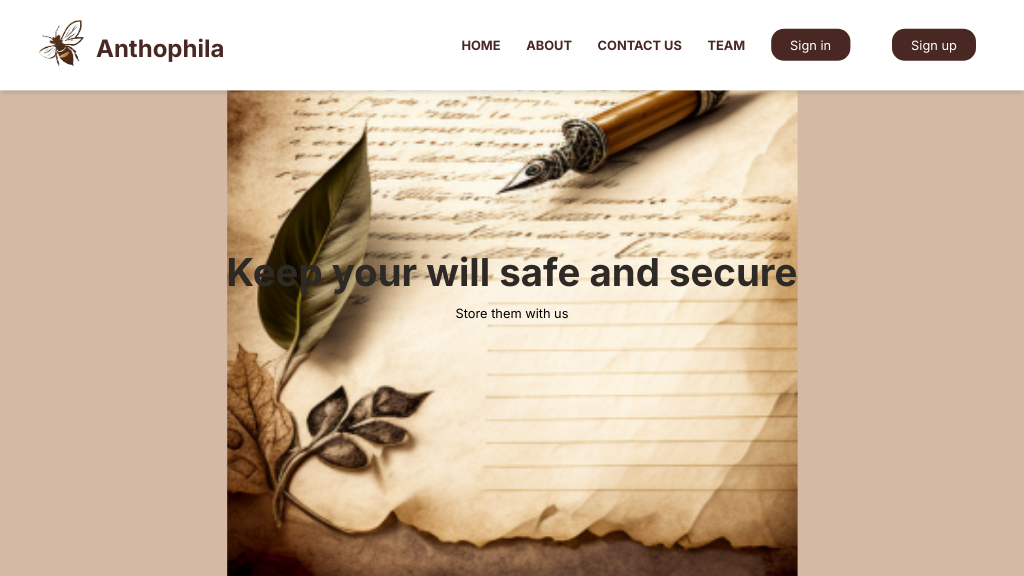
Repository: marcusdashe/anthophila
Page: /
These files come from the project's save history. The page is drawn as it stood at one moment and after the next save; the edit follows.
The browser window is 1280 px wide. The pictures show the whole page, at 80% of full size.
Backgrounds fixed to the window are drawn as part of the page. The project was rebuilt for these pictures with package versions that can differ from the ones it lists, and the page was loaded fresh each time. The framework's server and built-in components were replaced by stand-ins that run in the browser. Also part of the build but not shown: next.config.js, styles/Home.module.css.

Above is the page before, as saved 2023-02-26 17:22:51.

After the next save:
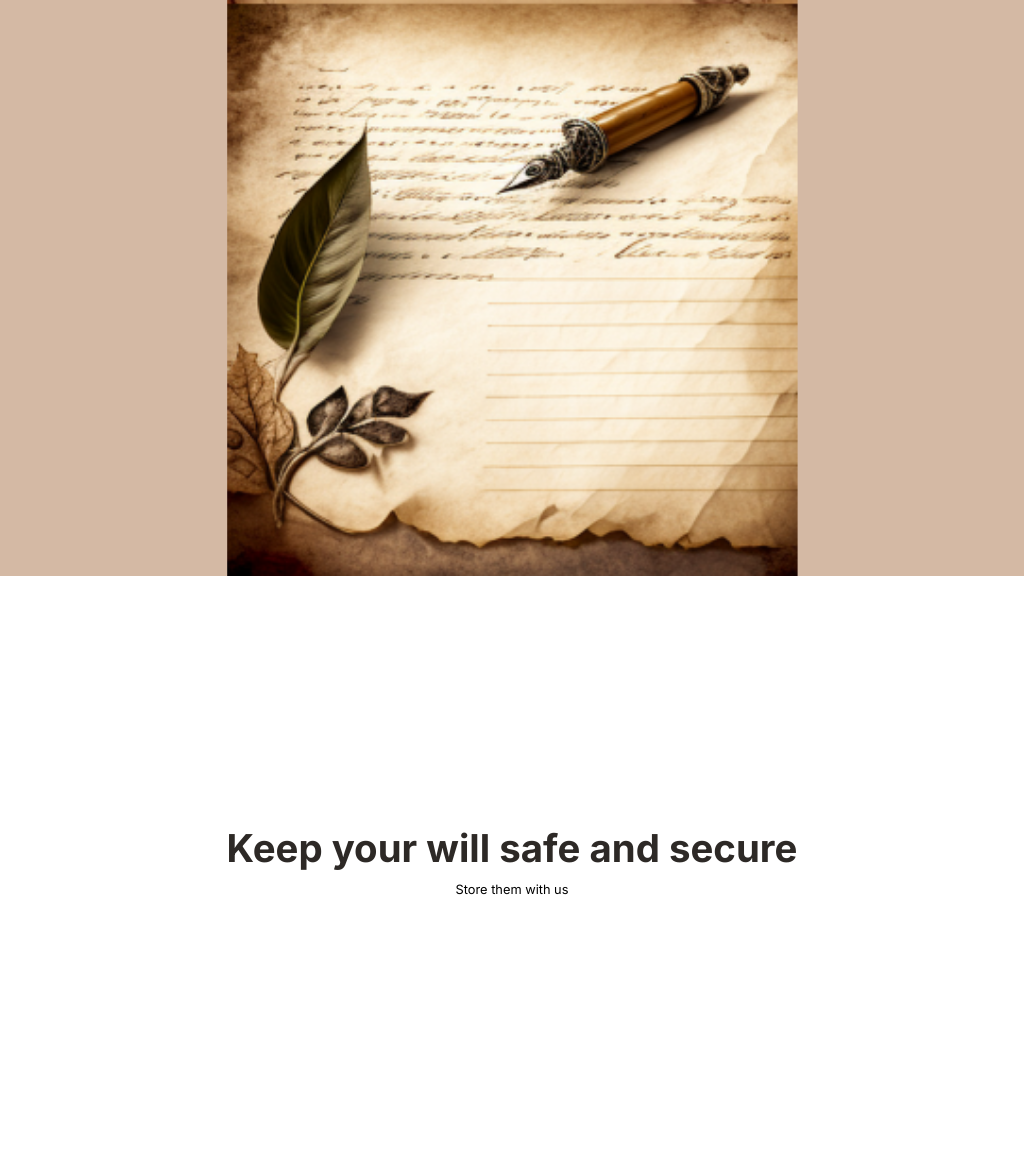
Saved 5 min 58 s later.
--- a/pages/index.js
+++ b/pages/index.js
@@ -18,10 +18,15 @@ export default function Home() {
       </Head>
       <Nav />
 
-      <main className="bg-[#D4B9A4] w-full h-screen bg-contain bg-no-repeat bg-center bg-fixed" style={{backgroundImage: "url('/assets/bg-vintage.png')"}}>
+
+      <main className="relative h-screen">
+        <div className="bg-[#D4B9A4] w-full h-screen bg-contain bg-no-repeat bg-center bg-fixed" style={{backgroundImage: "url('/assets/bg-vintage.png')"}}>
+
+        </div>
+      </main>
       <Hero />
 
-      </main>
+
     </>
   )
 }

After the save that followed:
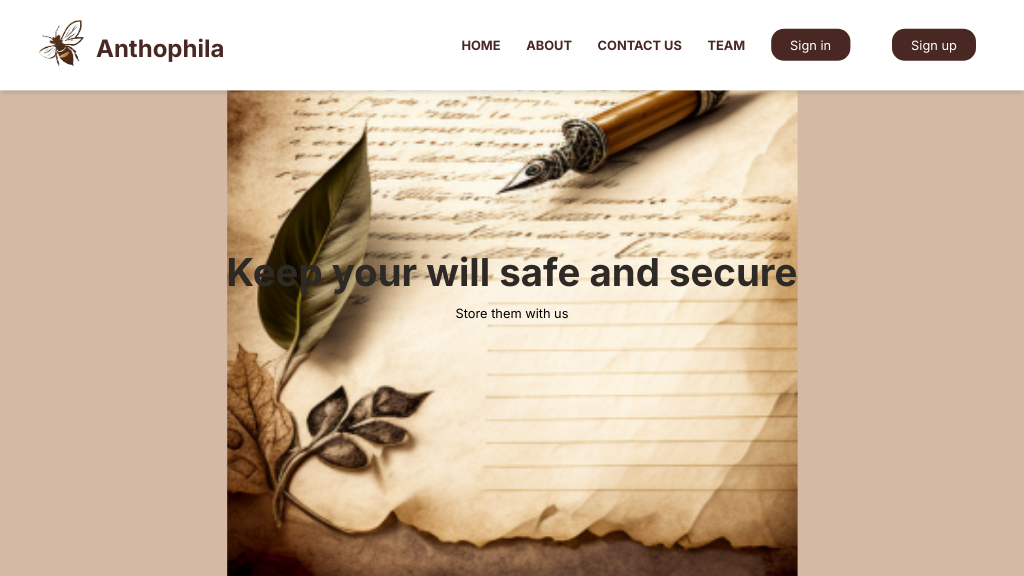
Saved 88 s later.
--- a/pages/index.js
+++ b/pages/index.js
@@ -18,15 +18,11 @@ export default function Home() {
       </Head>
       <Nav />
 
+      <main className="bg-[#D4B9A4] w-full h-screen bg-contain bg-no-repeat bg-center bg-fixed" style={{backgroundImage: "url('/assets/bg-vintage.png')"}}>
 
-      <main className="relative h-screen">
-        <div className="bg-[#D4B9A4] w-full h-screen bg-contain bg-no-repeat bg-center bg-fixed" style={{backgroundImage: "url('/assets/bg-vintage.png')"}}>
-
-        </div>
-      </main>
       <Hero />
 
-
+      </main>
     </>
   )
 }
